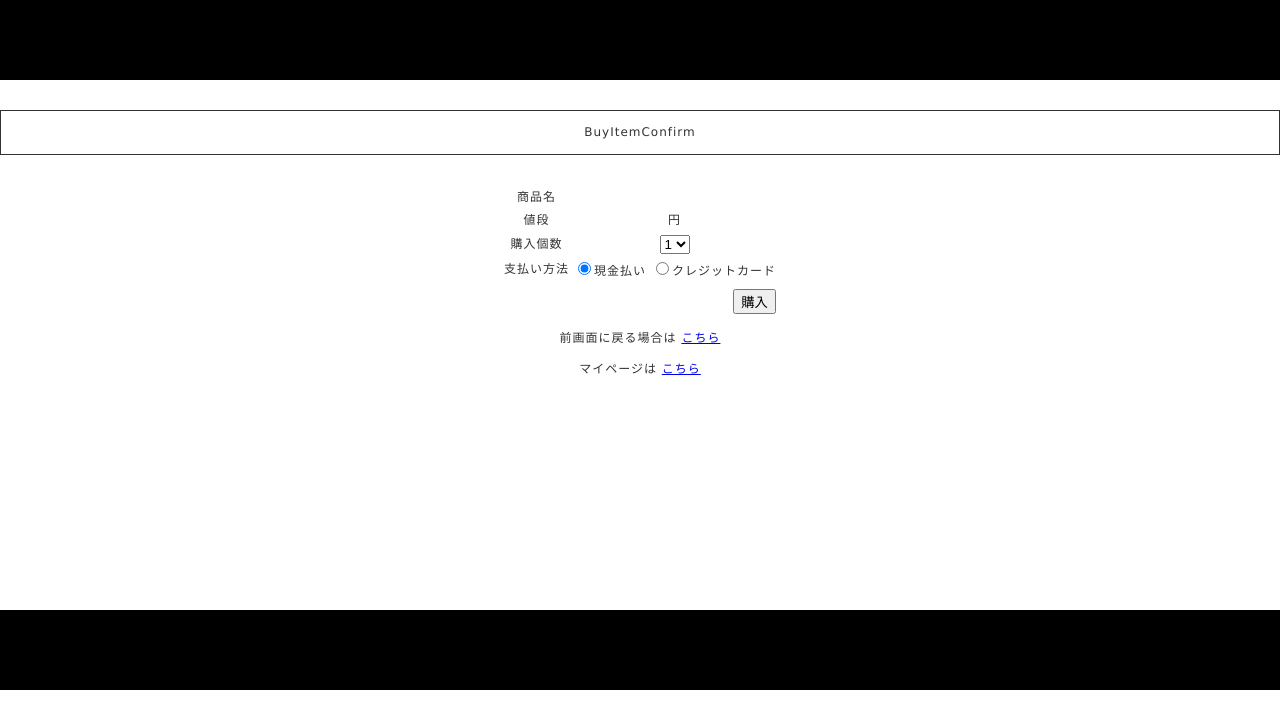
Repository: hirose0320/test
Page: http://localhost/ecsite/buyItemConfirm.jsp
These files come from the project's save history. The page is drawn as it stood at one moment and after the next save; the edit follows.
The browser window is 1280 px wide. The pictures show the whole page.
The page is served by Tomcat 9.

Above is the page before, as saved 2019-02-28 01:22:24.

After the next save:
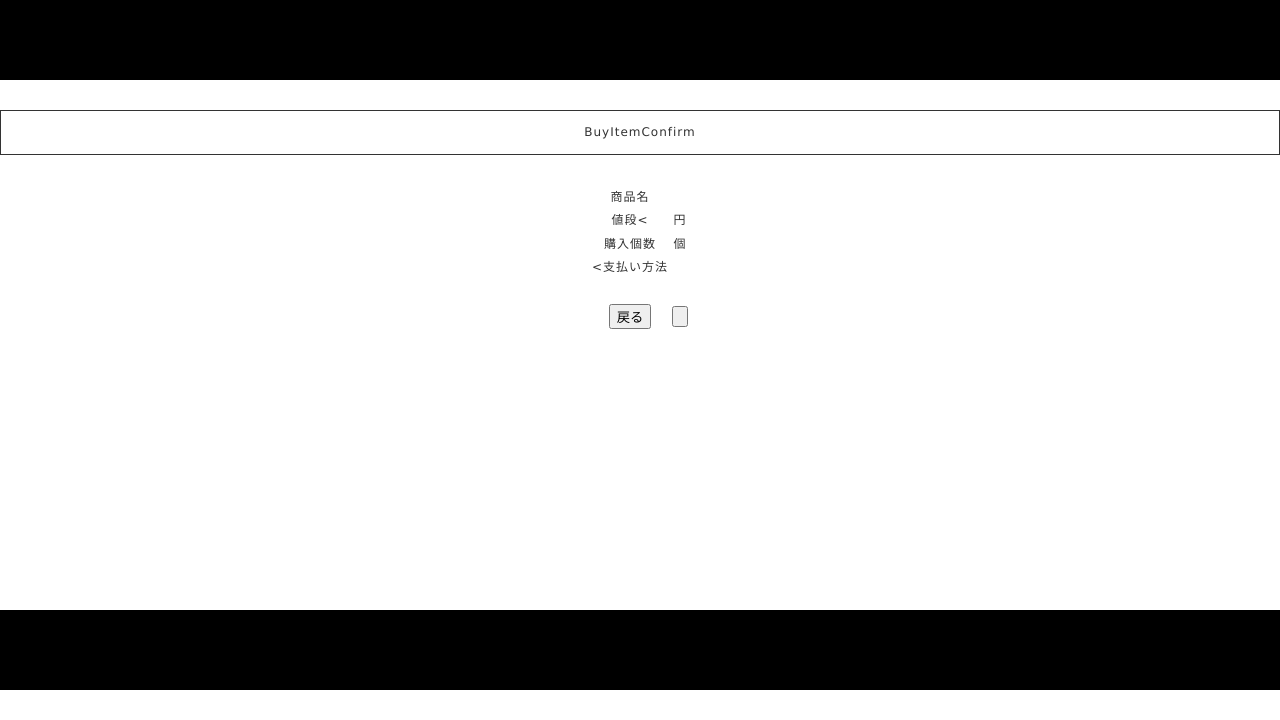
Saved 14 min 33 s later.
--- a/ecsite/WebContent/buyItemConfirm.jsp
+++ b/ecsite/WebContent/buyItemConfirm.jsp
@@ -71,46 +71,35 @@
 			<p>BuyItemConfirm</p>
 		</div>
 		<div>
-			<s:form action="BuyItemAction">
-				<table>
+
+				<s:form>
 					<tr>
-						<td><span>商品名</span></td>
+						<td>商品名</td>
 						<td><s:property value="session.buyItem_name" /></td>
 					</tr>
 					<tr>
-						<td><span>値段</span></td>
+						<td>値段<</td>
 						<td><s:property value="session.buyItem_price" /> <span>円</span></td>
 					</tr>
 					<tr>
-						<td><span>購入個数</span></td>
-						<td><select name="stock">
-								<option value="1" selected="selected">1</option>
-								<option value="2">2</option>
-								<option value="3">3</option>
-								<option value="4">4</option>
-								<option value="5">5</option>
-						</select></td>
+						<td>購入個数</td>
+						<td><s:property value="session.count" /><span>個</span></td>
 					</tr>
 					<tr>
-						<td><span>支払い方法</span></td>
-						<td><input type="radio" name="pay" value="1"
-							checked="checked">現金払い <input type="radio" name="pay"
-							value="2">クレジットカード</td>
+						<td><支払い方法</td>
+						<td><s:property value="session.pay"/></td>
+					</tr>
+					<tr> <td><br></td>
 					</tr>
 					<tr>
-						<td><s:submit value="購入" /></td>
+						<td><input type="button" value="戻る"
+						onclick="submitAction('HomeAction')"/></td>
+						<td><input type="button" valur="完了"
+						onclick="submitAction('BuyItemConfirmAction')"/></td>
+
 					</tr>
-				</table>
-			</s:form>
+					</s:form>
 
-			<div>
-				<p>
-					前画面に戻る場合は <a href='<s:url action="GoHomeAction"/>'>こちら</a>
-				</p>
-				<p>
-					マイページは <a href='<s:url action="MyPageAction" />'>こちら</a>
-				</p>
-			</div>
 		</div>
 	</div>
 	<div id="footer">
